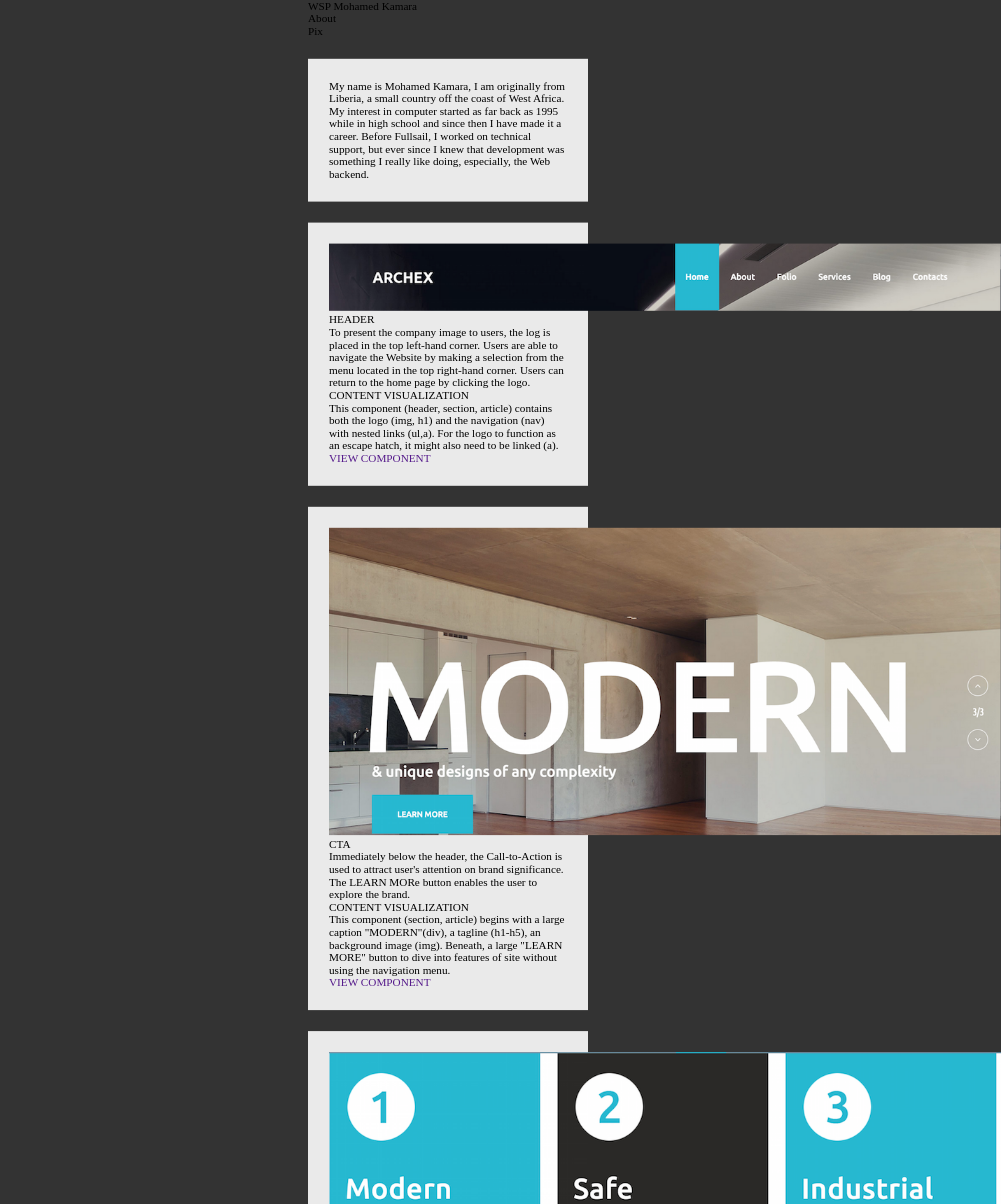
Repository: makamara/WSP_Project
Page: wsp/index.html
These files come from the project's save history. The page is drawn as it stood at one moment and after the next save; the edit follows.
The browser window is 1280 px wide. The page is 1430 px wide, then 1280 px, so the pictures cover 1430 px, including what lies to the right of the window. The pictures show the part of the page from y = 0 to 1720 px (the page is 2834 px tall before and 2073 px after), at 70% of full size.

Above is the page before, as saved 2015-09-15 17:00:56.

### wsp/index.html
<!DOCTYPE html>
<html>
<head>
	<title>WSP: Mohamed Kamara</title>
	<link rel="stylesheet" type="text/css" href="css/reset.css" />
	<link rel="stylesheet" type="text/css" href="css/main.css" />
</head>
<body>


	<!-- Header -->
	<header>
		<h1>WSP Mohamed Kamara</h1>
	</header>

	<!-- About -->
	<section>
		<h1>About</h1>
		<div class="image">Pix</div>
		<article>
		<p>My name is Mohamed Kamara, I am originally from Liberia, a small country off the coast of West Africa. My interest in computer
		started as far back as 1995 while in high school and since then I have made it a career. Before Fullsail, I worked on technical
		support, but ever since I knew that development was something I really like doing, especially, the Web backend.
		</p>
		</article>
	</section>

	<!-- Blog, Components -->
	<section>
		<!-- Header section -->
		<article>

			<img src="images/header.png" alt="" />
			<h1>HEADER</h1>
			<p>To present the company image to users, the log is placed in the top left-hand corner. Users are able to navigate the Website
			by making a selection from the menu located in the top right-hand corner. Users can return to the home page by clicking the logo.
			</p>
			<h2>CONTENT VISUALIZATION</h2>
			<p>This component (header, section, article) contains both the logo (img, h1) and the navigation (nav) with nested links (ul,a).
			For the logo to function as an escape hatch, it might also need to be linked (a).
			</p>
			<p><a href="" class="button">VIEW COMPONENT</a></p>
		</article>
		<!-- CTA section -->
		<article>
			<img src="images/cta.jpg" alt="" />
			<h1>CTA</h1>
			<p>Immediately below the header, the Call-to-Action is used to attract user's attention on brand significance.
				The <strong>LEARN MORe</strong> button enables the user to explore the brand.
			</p>
			<h2>CONTENT VISUALIZATION</h2>
			<p>This component (section, article) begins with a large caption "MODERN"(div), a tagline (h1-h5), an background image (img).
			Beneath, a large "LEARN MORE" button to dive into features of site without using the navigation menu.
			</p>
			<p><a href="" class="button">VIEW COMPONENT</a></p>
		</article>
	<!-- LEARN MORE section -->
		<article>
			<img src="images/learnmore.jpg" alt="" />
			<h1>LEARN MORE</h1>
			<p>In an exploratory mood, the "Learn More" button from the CTA will drive the user to interesting section of the site featuring
			industry highlights in three distinct columns:MODERN, SAFE, INDUSTRIAL.

			</p>
			<h2>CONTENT VISUALIZATION</h2>
			<p>This component (section, article) begins with a large caption "MODERN"(div), a tagline (h1-h5), an background image (img).
			Beneath, a large "LEARN MORE" button to dive into features of site without using the navigation menu.
			</p>
			<p><a href="" class="button">VIEW COMPONENT</a></p>
		</article>
		<!-- FOOTER section -->
		<article>
			<img src="images/footer.jpg" alt="" />
			<h1>FOOTER</h1>
			<p>At the bottom of the landing or home page the CONTACT US has three icons of top social network sites (Twitter, Facebook and Google+) for
			which allows users to build more trust in the brand.

			</p>
			<h2>CONTENT VISUALIZATION</h2>
			<p>This component (section, article, h1, icons,map) contains a large caption "Contact Us"(h1), three social network icons (Twitter, Facebook and Google+),
				 an background image (img). To the lower right-hand corner, a map of with hout using the navigation menu.
			</p>
			<p><a href="" class="button">VIEW COMPONENT</a></p>
		</article>
	</section>
<footer>(c)2015 WSP Mohamed Kamara</footer>
</body>
</html>

### wsp/css/reset.css
/* CSS RESET
====================================================================================================
====================================================================================================
*/



html, body, div, main, span, applet, object, iframe,
h1, h2, h3, h4, h5, h6, p, blockquote, pre,
a, abbr, acronym, address, big, cite, code,
del, dfn, em, img, ins, kbd, q, s, samp,
small, strike, strong, sub, sup, tt, var,
b, u, i, center,
dl, dt, dd, ol, ul, li,
fieldset, form, label, legend, input, textarea,
table, caption, tbody, tfoot, thead, tr, th, td,
article, aside, canvas, details, embed,
figure, figcaption, footer, header, hgroup,
menu, nav, output, ruby, section, summary,
time, mark, audio, video,
::before, ::after {

	margin: 0; padding: 0;
	border: 0;
	font-size: 100%;
	font: inherit;
	vertical-align: baseline;
	text-decoration: none;

	box-sizing: border-box;

}

// HTML5 - Older browser support
// ======================================================================
article, aside, details, figcaption, figure,
footer, header, hgroup, menu, nav, section {
	display: block;
}


// BODY
// ======================================================================
body { line-height: 1; }


// LISTS - Clear bullets
// ======================================================================
ol, ul { list-style: none; }


// QUOTES
// ======================================================================
blockquote, q { quotes: none; }
blockquote:before, blockquote:after,
q:before, q:after {
	content: '';
	content: none;
}

// TABLES
// ======================================================================
table {
	border-collapse: collapse;
	border-spacing: 0;
}

### wsp/css/main.css
/* Project CSS
============================================================
============================================================*/
body {
    background: #333333;
}

header, section {
    width: 400px;
    margin: 0 auto;
}


/* HEADER ============================== */

/* ABOUT ============================== */

/* COMPONENTS ============================== */
article {
    background: #eaeaea;
    padding: 30px;
    margin: 30px 0;
}

After the next save:
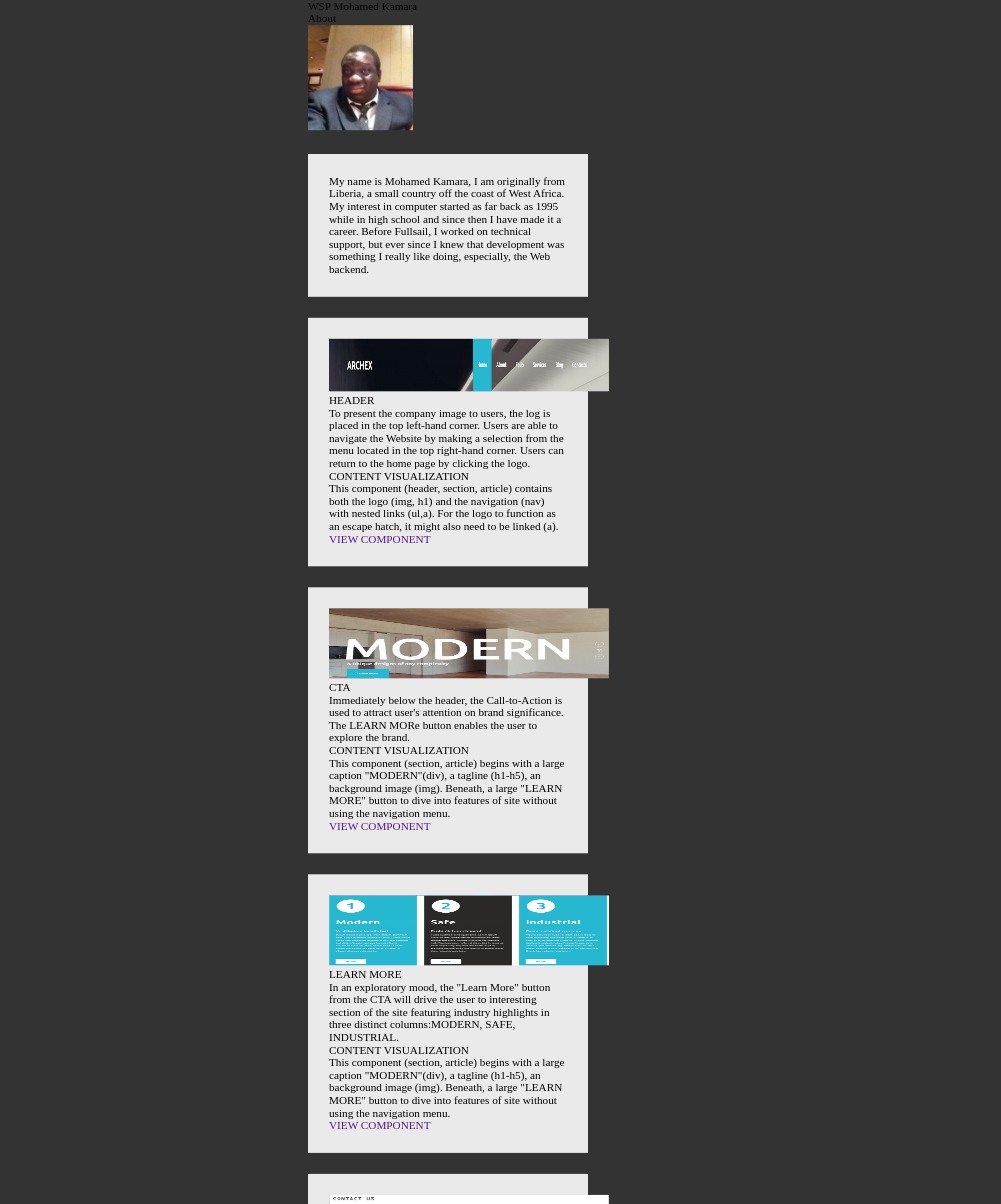
Saved 9 min 3 s later.
--- a/wsp/index.html
+++ b/wsp/index.html
@@ -16,7 +16,9 @@
 	<!-- About -->
 	<section>
 		<h1>About</h1>
-		<div class="image">Pix</div>
+		<div class="image">
+			<img src="images/art_pix.jpg" alt="Mohamed Kamara" width="150" height="150" />
+		</div>
 		<article>
 		<p>My name is Mohamed Kamara, I am originally from Liberia, a small country off the coast of West Africa. My interest in computer
 		started as far back as 1995 while in high school and since then I have made it a career. Before Fullsail, I worked on technical
@@ -30,7 +32,7 @@
 		<!-- Header section -->
 		<article>
 
-			<img src="images/header.png" alt="" />
+			<img src="images/header.png" alt="Header Section" width="400" height="75" />
 			<h1>HEADER</h1>
 			<p>To present the company image to users, the log is placed in the top left-hand corner. Users are able to navigate the Website
 			by making a selection from the menu located in the top right-hand corner. Users can return to the home page by clicking the logo.
@@ -43,7 +45,7 @@
 		</article>
 		<!-- CTA section -->
 		<article>
-			<img src="images/cta.jpg" alt="" />
+			<img src="images/cta.jpg" alt="CTA" width="400" height="100" />
 			<h1>CTA</h1>
 			<p>Immediately below the header, the Call-to-Action is used to attract user's attention on brand significance.
 				The <strong>LEARN MORe</strong> button enables the user to explore the brand.
@@ -56,7 +58,7 @@
 		</article>
 	<!-- LEARN MORE section -->
 		<article>
-			<img src="images/learnmore.jpg" alt="" />
+			<img src="images/learnmore.jpg" alt="Learn More" width="400" height="100" />
 			<h1>LEARN MORE</h1>
 			<p>In an exploratory mood, the "Learn More" button from the CTA will drive the user to interesting section of the site featuring
 			industry highlights in three distinct columns:MODERN, SAFE, INDUSTRIAL.
@@ -70,7 +72,7 @@
 		</article>
 		<!-- FOOTER section -->
 		<article>
-			<img src="images/footer.jpg" alt="" />
+			<img src="images/footer.jpg" alt="Footer" width="400" height="50" />
 			<h1>FOOTER</h1>
 			<p>At the bottom of the landing or home page the CONTACT US has three icons of top social network sites (Twitter, Facebook and Google+) for
 			which allows users to build more trust in the brand.
